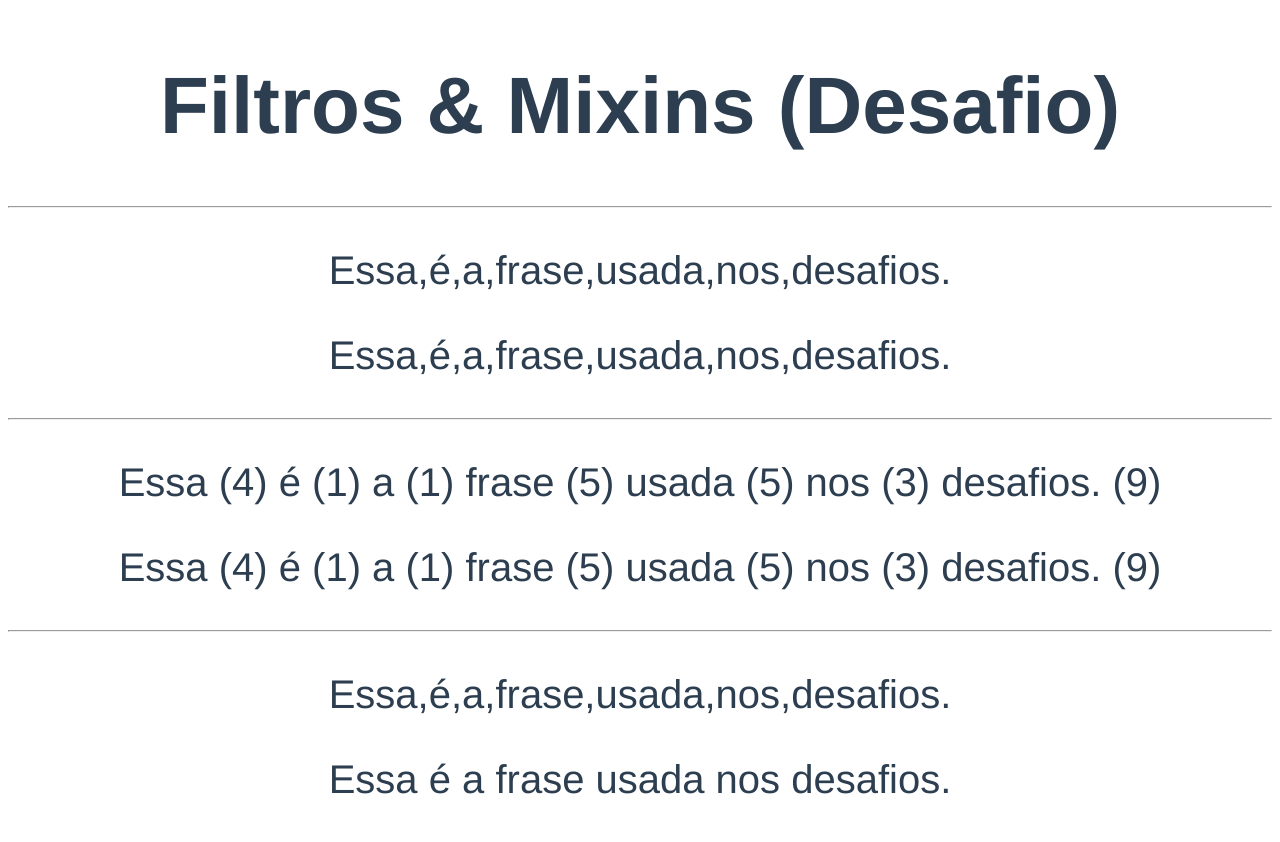
Repository: LucianoBitt/Curso_VueJS
Page: / (app in 11_filtros-mixins/filtros-mixins-desafio/)
An editor plug-in stored every save of this project. The page is shown before and after the next save, followed by the edit.
The browser window is 1280 px wide. The pictures show the whole page.
The project was rebuilt for these pictures with package versions that can differ from the ones it lists, and the page was loaded fresh each time.

Above is the page before, as saved 2023-12-21 12:48:48.

### 11_filtros-mixins/filtros-mixins-desafio/src/main.js
import Vue from 'vue'
import App from './App.vue'

Vue.config.productionTip = false

Vue.filter('contarPalavras', function(valor) {
    return valor.split(' ').map(p => `${p} (${p.length})`).join(' ')
})

new Vue({
    render: h => h(App),
}).$mount('#app')

### 11_filtros-mixins/filtros-mixins-desafio/src/App.vue
<template>
	<div id="app">
		<h1>Filtros & Mixins (Desafio)</h1>
		<hr>
		<p>{{ frase | espaco-por-virgula }}</p>
		<p>{{ frase | espacoPorVirgula }}</p>
		<hr>
		<p>{{ frase | contar-palavras }}</p>
		<p>{{ frase | contarPalavras }}</p>
		<hr>
		<p>{{ fraseComVirgula }}</p>
		<p>{{ frase }}</p>

		<!-- Exercício 4 -->
		<!-- Compartilhe a propriedade computada via mixin -->
	</div>
</template>

<script>
export default {
	data() {
		return {
			frase: 'Essa é a frase usada nos desafios.'
		}
	},
	filters: {
		espacoPorVirgula(valor) {
			return valor.replace(/\s/g, ',')
		}
	},
	computed: {
		fraseComVirgula() {
			return this.frase.replace(/\s/g, ',')
		},
		fraseComTamanhos() {
			return this.frase.split(' ').map(p => `${p} (${p.length})`).join(' ')
		}
	}
}
</script>

<style>
#app {
	font-family: 'Avenir', Helvetica, Arial, sans-serif;
	-webkit-font-smoothing: antialiased;
	-moz-osx-font-smoothing: grayscale;
	text-align: center;
	color: #2c3e50;
	margin-top: 60px;
	font-size: 2.5rem;
}
</style>

Loaded but not shown: 11_filtros-mixins/filtros-mixins-desafio/public/index.html (common file)

After the next save:
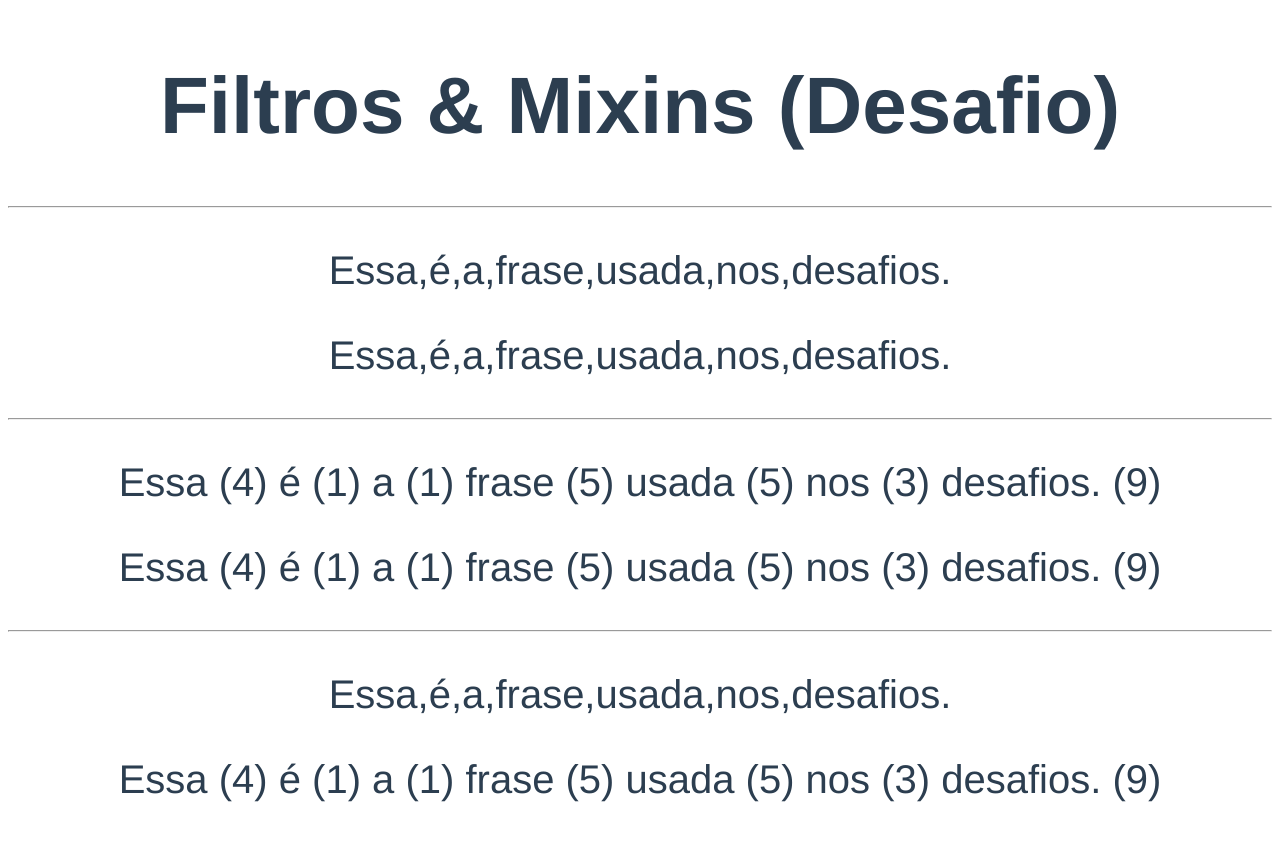
Saved 22 s later.
--- a/11_filtros-mixins/filtros-mixins-desafio/src/App.vue
+++ b/11_filtros-mixins/filtros-mixins-desafio/src/App.vue
@@ -9,7 +9,7 @@
 		<p>{{ frase | contarPalavras }}</p>
 		<hr>
 		<p>{{ fraseComVirgula }}</p>
-		<p>{{ frase }}</p>
+		<p>{{ fraseComTamanhos }}</p>
 
 		<!-- Exercício 4 -->
 		<!-- Compartilhe a propriedade computada via mixin -->
